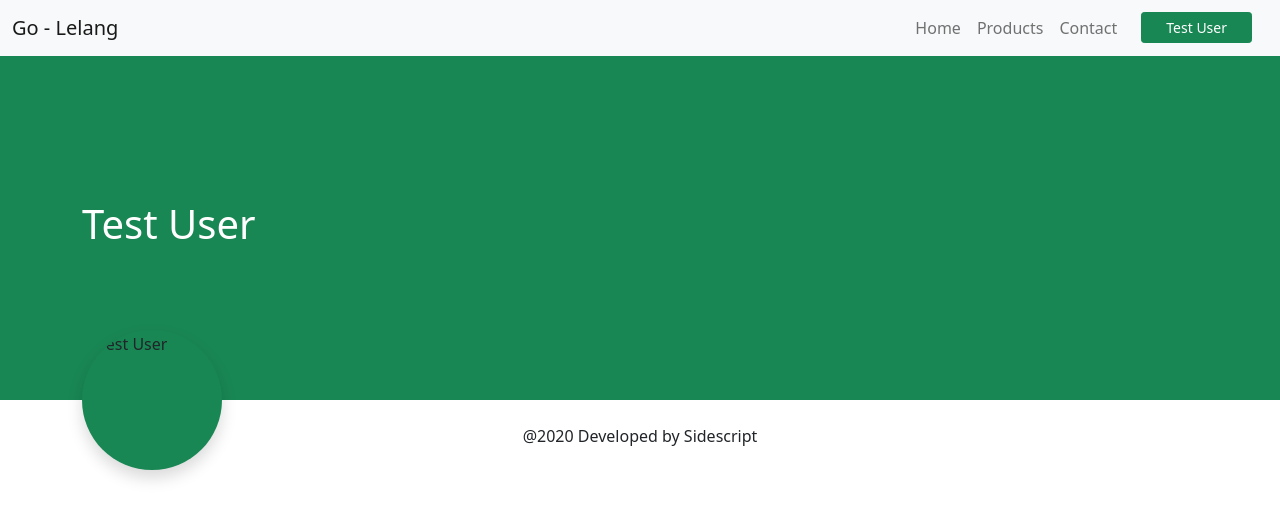
Repository: khulqu15/Go---Lelalng
Page: http://localhost/profile
The author's editor kept a copy of each file at every save. The page is drawn from the files as they stood at one save, then again after the next save.
The browser window is 1280 px wide. The pictures show the whole page.
The page is served by the project's Laravel application, run on PHP 8.4 with Laravel 8. A made-up administrator, Test User (test@example.com), is signed in. Other server files are loaded and not shown.

Above is the page before, as saved 2021-02-22 20:20:10.

### routes/web.php
<?php

use App\Http\Controllers\DashboardController;
use App\Http\Controllers\PageController;
use App\Http\Controllers\UserController;
use Illuminate\Support\Facades\Route;

/*
|--------------------------------------------------------------------------
| Web Routes
|--------------------------------------------------------------------------
|
| Here is where you can register web routes for your application. These
| routes are loaded by the RouteServiceProvider within a group which
| contains the "web" middleware group. Now create something great!
|
*/

Route::get('/', [PageController::class, 'home'])->name('home');
Route::get('products', [PageController::class, 'products'])->name('products');
Route::get('product/{id}', [PageController::class, 'product'])->name('product');
Route::get('contact', [PageController::class, 'contact'])->name('contact');
Route::get('login', [PageController::class, 'login'])->name('login');
Route::get('register', [PageController::class, 'register'])->name('register');
Route::post('contact', [UserController::class, 'contactUs'])->name('contact.us');
Route::post('register', [UserController::class, 'register'])->name('register.post');
Route::post('login', [UserController::class, 'login'])->name('login.post');

Route::get('profile', [PageController::class, 'profile'])->name('profile');

Route::group(['middleware' => ['userDashboard']], function() {
    Route::get('dashboard', [DashboardController::class, 'index'])->name('dashboard');
    Route::get('dashboard/product', [DashboardController::class, 'product'])->name('dashboard.product');
    Route::get('dashboard/user', [DashboardController::class, 'user'])->name('dashboard.user');
    Route::get('dashboard/auction', [DashboardController::class, 'auction'])->name('dashboard.auction');
});

### app/Models/User.php
<?php

namespace App\Models;

use Illuminate\Contracts\Auth\MustVerifyEmail;
use Illuminate\Database\Eloquent\Factories\HasFactory;
use Illuminate\Foundation\Auth\User as Authenticatable;
use Illuminate\Notifications\Notifiable;
use Illuminate\Support\Facades\Hash;

class User extends Authenticatable
{
    use HasFactory, Notifiable;

    /**
     * The attributes that are mass assignable.
     *
     * @var array
     */
    protected $fillable = [
        'name',
        'email',
        'password',
    ];

    /**
     * The attributes that should be hidden for arrays.
     *
     * @var array
     */
    protected $hidden = [
        'password',
        'remember_token',
    ];

    /**
     * The attributes that should be cast to native types.
     *
     * @var array
     */
    protected $casts = [
        'email_verified_at' => 'datetime',
    ];

    public function Like()
    {
        return $this->hasMany(Like::class, 'user_id');
    }

    public function Auction()
    {
        return $this->hasMany(Auction::class, 'user_id');
    }

    public function isAdmin()
    {
        if($this->level == 'client') {
            return false;
        } else {
            return true;
        }
    }

    public function setPasswordAttribute($value)
    {
        $this->attributes['password'] = Hash::make($value);
    }
}

### app/Http/Controllers/PageController.php
<?php

namespace App\Http\Controllers;

use App\Models\Category;
use App\Models\Product;
use Illuminate\Http\Request;
use Illuminate\Support\Facades\Auth;

class PageController extends Controller
{
    public function home(Request $request)
    {
        $categories = Category::orderBy('id', 'DESC')->paginate(4);
        $query = Product::query();
        if($request->get('name')) {
            $products = $query->where('name', 'LIKE', '%'.$request->get('name').'%');
        }
        if($request->get('category')) {
            $products = $query->where('category_id', $request->get('category'));
        }
        $products = $query->with('Category')->orderBy('id', 'DESC')->paginate(3);
        return view('welcome', compact('products', 'categories'));
    }

    public function products(Request $request)
    {
        $categories = Category::orderBy('id', 'DESC')->paginate(4);
        $query = Product::query();
        if($request->get('name')) {
            $products = $query->where('name', 'LIKE', '%'.$request->get('name').'%');
        }
        if($request->get('category')) {
            $products = $query->where('category_id', $request->get('category'));
        }
        $products = $query->paginate(3);
        return view('page.products', compact('products', 'categories'));
    }

    public function product($id)
    {
        $product = Product::find($id);
        return view('page.product', compact('product'));
    }

    public function contact()
    {
        return view('page.contact');
    }

    public function login()
    {
        return view('auth.login');
    }

    public function register()
    {
        return view('auth.register');
    }

    public function profile()
    {
        if(Auth::check()) {
            return view('page.profile');
        }
        return redirect()->route('login')->with('error', 'Anda belum login');
    }
}

### resources/views/page/profile.blade.php
@extends('layout.app')

@section('title', Auth::user()->name)

@section('content')
<div class="container-fluid bg-success position-relative py-5">
    <div class="container py-5">
        <div class="row py-5">
            <div class="col-md-12">
                <div class="avatar-profile position-absolute shadow" style="bottom: -70px; width: 140px; height: 140px; border-radius: 140px;">
                    <img src="{{ asset('img/user/'.Auth::user()->avatar) }}" alt="{{ Auth::user()->name }}" class="image-fit-card">
                </div>
                <h1 class="text-white">{{ Auth::user()->name }}</h1>
            </div>
        </div>
    </div>
</div>
@endsection

### resources/views/layout/app.blade.php
<!DOCTYPE html>
<html lang="en">
<head>
    <meta charset="UTF-8">
    <meta name="viewport" content="width=device-width, initial-scale=1.0">
    <meta http-equiv="X-UA-Compatible" content="ie=edge">
    <title>GO - Lelang | @yield('title')</title>

    <script src="{{ mix('css/app.css') }}"></script>
    <link rel="stylesheet" href="{{ asset('css/bootstrap.min.css') }}">
    <link rel="stylesheet" href="{{ asset('css/all.min.css') }}">
    <link rel="stylesheet" href="{{ asset('css/fontawesome.min.css') }}">
    <link rel="stylesheet" href="{{ asset('css/style.css') }}">

    <script src="{{ mix('js/app.js') }}"></script>
    <script src="{{ asset('js/jquery-3.5.1.min.js') }}"></script>
    <script src="{{ asset('js/bootstrap.min.js') }}"></script>
    <script src="{{ asset('js/all.min.js') }}"></script>
    <script src="{{ asset('js/fontawesome.min.js') }}"></script>

</head>
<body>

    @if(\Session::has('success'))
    <div role="alert" class="alert alert-success alert-dismissible show position-fixed alert-respond fade">
        <ul class="mb-0 pb-0">
            <li>{{ \Session::get('success') }}</li>
        </ul>
        <button type="button" class="btn-close" data-bs-dismiss="alert" aria-label="Close"></button>
    </div>
    @endif
    @if(\Session::has('error'))
    <div role="alert" class="alert alert-danger alert-dismissible show position-fixed alert-respond fade">
        <ul class="mb-0 pb-0">
            <li>{{ \Session::get('error') }}</li>
        </ul>
        <button type="button" class="btn-close" data-bs-dismiss="alert" aria-label="Close"></button>
    </div>
    @endif

    <nav class="navbar navbar-expand-lg navbar-light bg-light">
        <div class="container-fluid">
            <a class="navbar-brand" href="{{ route('home') }}">Go - Lelang</a>
            <button class="navbar-toggler" type="button" data-bs-toggle="collapse" data-bs-target="#navbarSupportedContent" aria-controls="navbarSupportedContent" aria-expanded="false" aria-label="Toggle navigation">
                <span class="navbar-toggler-icon"></span>
            </button>
            <div class="collapse navbar-collapse" id="navbarSupportedContent">
                <ul class="navbar-nav ms-auto mb-2 mb-lg-0">
                    <li class="nav-item">
                        <a class="nav-link {{ Request::is('home') ? 'active' : '' }}" aria-current="page" href="{{ route('home') }}">Home</a>
                    </li>
                    <li class="nav-item">
                        <a class="nav-link {{ Request::is('products') ? 'active' : '' }}"" href="{{ route('products') }}">Products</a>
                    </li>
                    <li class="nav-item">
                        <a class="nav-link {{ Request::is('contact') ? 'active' : '' }}"" href="{{ route('contact') }}">Contact</a>
                    </li>
                    <li class="nav-item pt-1 px-3">
                        @if (Auth::check())
                            <button onclick="window.location = '{{ route('profile') }}'" class="btn btn-success btn-sm px-4">{{ Auth::user()->name }}</button>
                        @else
                            <button class="btn btn-success btn-sm px-4" onclick="window.location = '{{ route('login') }}'">Login</button>
                            <button class="btn btn-light btn-sm px-2" onclick="window.location = '{{ route('register') }}'">Register</button>
                        @endif
                    </li>
                </ul>
            </div>
        </div>
    </nav>

    @yield('content')

    <footer class="container-fluid py-4">
        <div class="row">
            <div class="col-md-12 text-center">
                <p class="mb-0">@2020 Developed by Sidescript</p>
            </div>
        </div>
    </footer>
</body>
</html>

### public/css/style.css
body {
    overflow-x: hidden !important;
}
.viga {
    font-family: 'Viga', sans-serif;
}
.bgm-primary {
    background-color: #198754 !important;
}
.bgm-primary-light {
    background-color: #FFCECE !important;
}
.btnm-primary {
    border: none;
    border-radius: 0px !important;
    transition: all .3s ease-in-out;
    background-color: #198754 !important;
    padding: 1rem 2rem;
    color: white;
}
.shadow-smooth {
    box-shadow: 10px 20px 49px -8px rgba(0, 0, 0, 0.08) !important;
}
.page-item.active .page-link {
    background-color: #198754 !important;
    border-color: #198754 !important;
    color: white !important;
}
.page-link {
    color: #198754 !important;
}
.text-right {
    text-align: right !important;
}
.text-left {
    text-align: left !important;
}
.text-sm {
    font-size: .8rem;
}
.text-center {
    text-align: center !important;
}
.cursor-point {
    cursor: pointer;
}
.btnm-primary:hover {
    color: white !important;
    background-color: #c01c1c !important;
}
.btnm-light {
    border: none;
    border-radius: 0px !important;
    transition: all .3s ease-in-out;
    background-color: #f2f2f2 !important;
    padding: 1rem 2rem;
    color: #292929;
}
.btnm-light:hover {
    color: #292929 !important;
    background-color: #c2c2c2 !important;
}
.textm-primary {
    color: #198754 !important;
}
.textm-gray {
    color: gray !important;
}

.input-search-home {
    width: 80%;
    position: absolute;
    left: 10%;
    height: 60px;
    box-shadow: 0px 20px 40px -6px rgba(0, 0, 0, 0.12);
    top: -50px;
    background-color: white;
}
.input-search-home input {
    height: 60px;
}
.input-search-home button,
.input-search-home a {
    position: relative;
    top: -10px;
}
.maxm-height {
    min-height: 70vh;
    max-height: 70vh !important;
    overflow-y: auto !important;
    overflow-x: hidden !important;
}


.card-product {
    width: 100%;
    transition: all .3s ease-in-out;
    height: 370px;
    background-color: white;
}
.card-product:hover {
    box-shadow: 12px 24px 48px rgba(0, 0, 0, 0.09);
}
.card-product .image {
    width: 100%;
    height: 170px;
    background-color: #f36c6c;
    overflow: hidden;
}
.card-product .image img {
    transition: all .3s ease-in-out;
}
.card-product .image:hover img {
    transform: scale(1.1);
    opacity: .6;
}
.card-product .like {
    width: 50px;
    height: 50px;
    border-radius: 50px;
    background-color: #fccece;
    color: #198754;
    position: absolute;
    line-height: 53px;
    text-align: center;
    z-index: 10;
    top: 140px;
    right: 20px;
    transition: all .3s ease-in-out;
}
.card-product .like:hover {
    cursor: pointer;
    background-color: #c01c1c;
    color: #FFCECE;
}
.card-product .liked {
    width: 50px;
    height: 50px;
    border-radius: 50px;
    background-color: #198754;
    color: #fccece;
    position: absolute;
    line-height: 53px;
    text-align: center;
    z-index: 10;
    top: 140px;
    right: 20px;
    transition: all .3s ease-in-out;
}
.card-product .like:hover {
    cursor: pointer;
    color: #c01c1c;
    background-color: #FFCECE;
}
.image-fit-card {
    width: 100%;
    height: 100%;
    object-fit: cover !important;
}
.card-product .line-category {
    display: inline-block;
    width: 20px;
    height: 3px;
    background-color: gray;
}

.bg-hammer-bottom {
    background: url('../img/wallpaper/hammer.png');
    background-attachment: fixed;
    background-position: center;
    background-size: cover;
}

.input-email-footer {
    position: relative;
    width: 100%;
    height: 70px;
    box-shadow: 0px 19px 38px rgba(0, 0, 0, 0.12);
    background-color: white;
}
.input-email-footer input {
    height: 70px;
    width: 100%;
}
.input-email-footer button {
    position: relative;
    top: -8px
}

.menu-footer {
    color: rgba(255, 255, 255, .5);
}
.menu-footer.active,
.menu-footer:hover {
    color: rgba(255, 255, 255, 1);
    cursor: pointer;
    transition: all .4s ease-in-out;
}
.menu-footer .icon {
    position: absolute;
    right: -50px;
    opacity: 0;
    transition: all .2s ease-in-out;
    visibility: hidden;
}
.menu-footer.active .icon,
.menu-footer:hover .icon {
    position: relative;
    opacity: 1;
    right: 0;
    visibility: visible;
}
.menu-footer .menu-title {
    transition: all .2s ease-in-out;
    position: relative;
    font-size: 3rem;
    right: -10px;
}
.menu-footer.active .menu-title,
.menu-footer:hover .menu-title {
    position: relative;
    right: 0px;
}

.icons-footer svg {
    transition: all .2s ease-in-out;
    color: #c2c2c2;
    margin: 0px .8rem;
    font-size: 1.4rem;
}

.icons-footer svg:hover {
    cursor: pointer;
    color: #767676;
}

.navbar {
    transition: all .3s ease-in-out;
    z-index: 100;
}
.burger {
    position: relative;
    top: -5px;
    margin: 10px 0px 0px 0px;
}
.burger div {
    width: 30px;
    height: 2px;
    margin: 7px 0px;
    position: relative;
    background-color: #767676;
    transition: all .3s ease-in-out;
}
.burger.times div:nth-child(1) {
    transform: rotate(45deg);
    top: 5px;
}
.burger.times div:nth-child(2) {
    transform: rotate(-45deg);
    top: -5px;
}

.navbar-fixed {
    position: fixed;
    width: 100%;
    z-index: 50;
    overflow-x: hidden !important;
    overflow-y: auto !important;
    height: 100%;
    top: 0;
    opacity: 1;
    transform: skew(0deg);
    background-color: white;
    visibility: visible;
    right: 0;
    transition: all .5s ease-in;
}
.avatar-sm {
    width: 40px;
    height: 40px;
    border-radius: 40px;
    overflow: hidden;
    display: inline-block;
}
.avatar-md {
    width: 50px;
    height: 50px;
    border-radius: 50px;
    overflow: hidden;
    display: inline-block;
}
.avatar-sm-navbar {
    width: 40px;
    height: 40px;
    border-radius: 40px;
    display: inline-block;
    right: 120px;
    position: absolute;
    z-index: 10;
    overflow: hidden;
    transition: all .3s ease-in-out;
    top: 24px;
    box-sizing: content-box;
}
.avatar-sm-navbar:hover {
    cursor: pointer;
    border: 4px solid gainsboro;
    top: 20px;
    right: 112px;
}
.navbar-fixed.hide {
    transform: skew(10deg) !important;
    opacity: 0 !important;
    right: -100% !important;
    visibility: hidden !important;
}
.menu-navbar {
    color: rgba(44, 44, 44, 0.5);
}
.menu-navbar.active,
.menu-navbar:hover {
    color: rgba(44, 44, 44, 1) !important;
    cursor: pointer;
    transition: all .4s ease-in-out;
}
.menu-navbar .icon {
    position: absolute;
    right: -50px;
    opacity: 0;
    transition: all .2s ease-in-out;
    visibility: hidden;
}
.menu-navbar.active .icon,
.menu-navbar:hover .icon {
    position: relative;
    opacity: 1;
    right: 0;
    visibility: visible;
}
.menu-navbar .menu-title {
    transition: all .2s ease-in-out;
    position: relative;
    font-size: 3rem;
    right: -10px;
}
.menu-navbar.active .menu-title,
.menu-navbar:hover .menu-title {
    position: relative !important;
    right: 0px !important;
}
a {
    text-decoration: none !important;
}
.full-page,
.bg-product {
    width: 100%;
    min-height: 100vh;
    overflow: hidden;
    position: relative;
    background-color: #292929;
}
.full-page {
    background-color: #f36c6c !important;
}
.bg-product img {
    opacity: .8;
}

.avatar-profile {
    width: 80px;
    margin: 0px auto;
    height: 80px;
    display: inline-block;
    border-radius: 80px;
    overflow: hidden !important;
    background-color: #198754;
}
.ellipsis-menu-right {
    top: 0;
    right: 0;
    margin: .7rem;
    font-size: 1.2rem;
}

.card-profile-navbar {
    background-color: white;
    width: 300px;
    position: relative;
    z-index: 100;
}
.card-auction {
    box-shadow: 0px 5px 15px rgba(0, 0, 0, 0.12);
    transition: all .3s ease-in-out;
}
.card-auction:hover {
    box-shadow: 0px 10px 30px rgba(0, 0, 0, 0.1);
}
.alert-respond {
    width: 50%;
    top: 20%;
    z-index: 100;
    left: 25%;
}
@media only screen and (max-width: 760px) {
    .alert-respond {
        z-index: 100;
        top: 20%;
        width: 80%;
        left: 10%;
    }
}

.btn-fab {
    position: fixed;
    right: 25px;
    bottom: 25px;
    z-index: 100;
}

.menu-ellipsis {
    width: 260px;
    overflow: hidden;
    right: 0;
    background-color: white;
    transition: all .3s ease-in-out;
    box-shadow: 0px 10px 20px rgba(0, 0, 0, 0.08);
}
.menu-ellipsis.hide {
    opacity: 0 !important;
    visibility: hidden !important;
    right: -20px !important;
}
.menu-ellipsis .item {
    padding: .7rem 1.4rem;
    transition: all .3s ease-in-out;
    text-align: right !important;
    cursor: pointer;
}
.menu-ellipsis .item:hover {
    background-color: gainsboro;
}

Loaded but not shown: app/Providers/AppServiceProvider.php (common file); app/Http/Controllers/Controller.php (common file); public/mix-manifest.json (common file); public/css/bootstrap.min.css (library); public/css/all.min.css (library); public/css/fontawesome.min.css (library); public/js/app.js (library); public/js/jquery-3.5.1.min.js (library); public/js/bootstrap.min.js (library); public/js/fontawesome.min.js (library); public/css/app.css (empty)

After the next save:
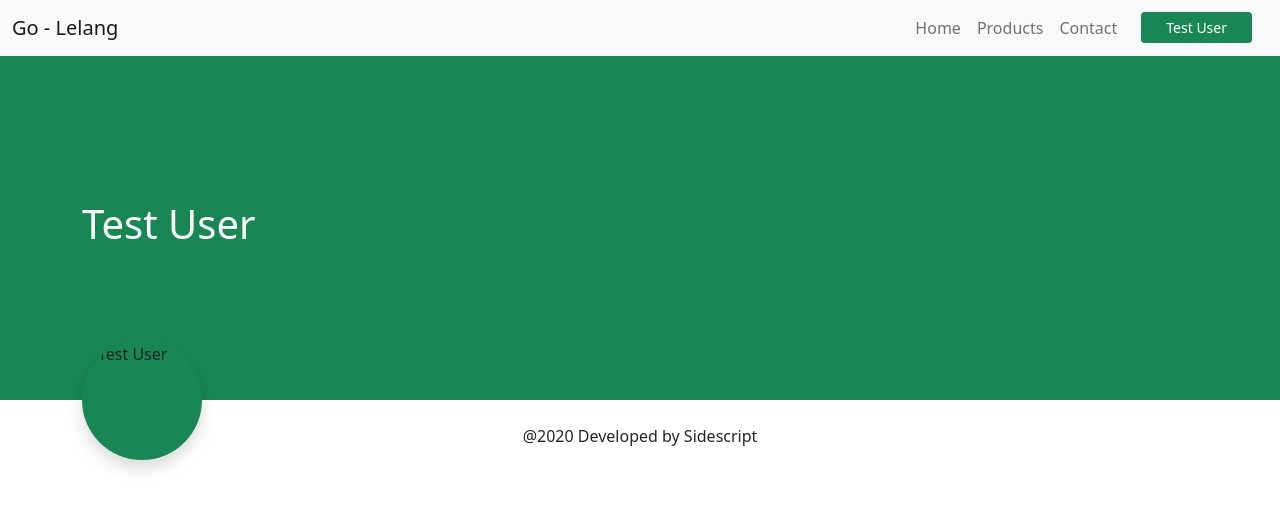
Saved 8 s later.
--- a/resources/views/page/profile.blade.php
+++ b/resources/views/page/profile.blade.php
@@ -7,7 +7,7 @@
     <div class="container py-5">
         <div class="row py-5">
             <div class="col-md-12">
-                <div class="avatar-profile position-absolute shadow" style="bottom: -70px; width: 140px; height: 140px; border-radius: 140px;">
+                <div class="avatar-profile position-absolute shadow" style="bottom: -60px; width: 120px; height: 120px; border-radius: 120px;">
                     <img src="{{ asset('img/user/'.Auth::user()->avatar) }}" alt="{{ Auth::user()->name }}" class="image-fit-card">
                 </div>
                 <h1 class="text-white">{{ Auth::user()->name }}</h1>
